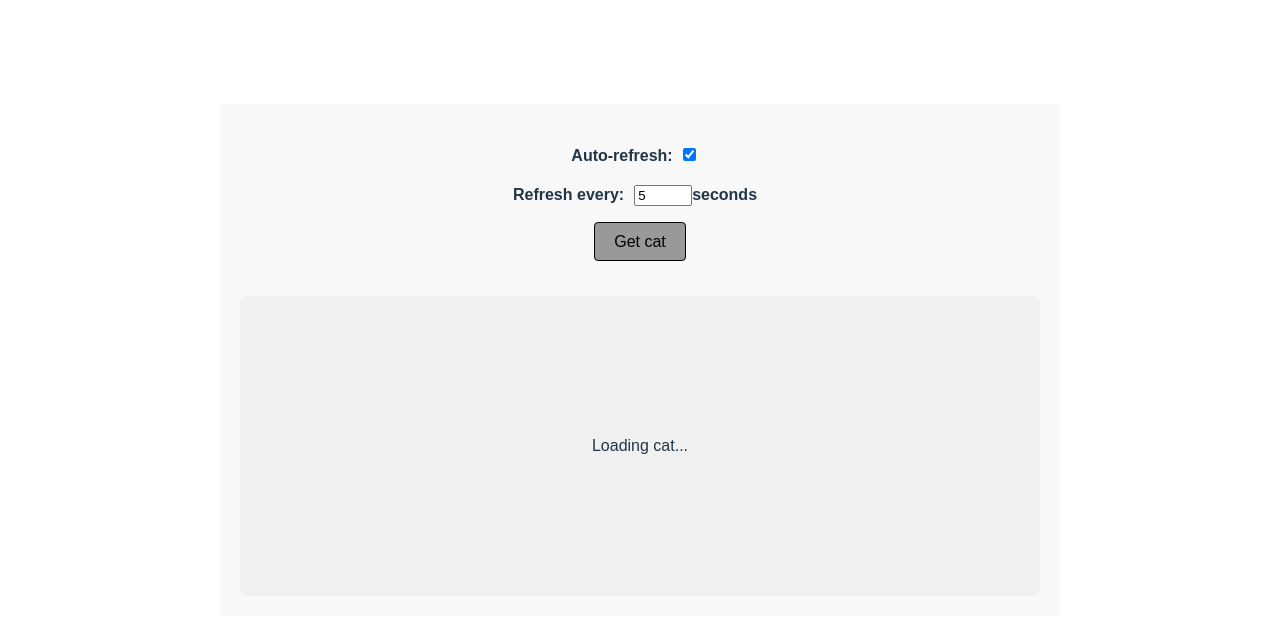
Repository: Pharaoh5/test-assignment5
Page: /
An editor plug-in stored every save of this project. The page is shown before and after the next save, followed by the edit.
The browser window is 1280 px wide. The pictures show the whole page.
The page's requests for data from a server got no answer. The project was rebuilt for these pictures with package versions that can differ from the ones it lists, and the page was loaded fresh each time. No one was signed in, and anything a server would have sent is missing. Also part of the build but not shown: vite.config.ts.

Above is the page before, as saved 2025-04-08 19:26:45.

After the next save:
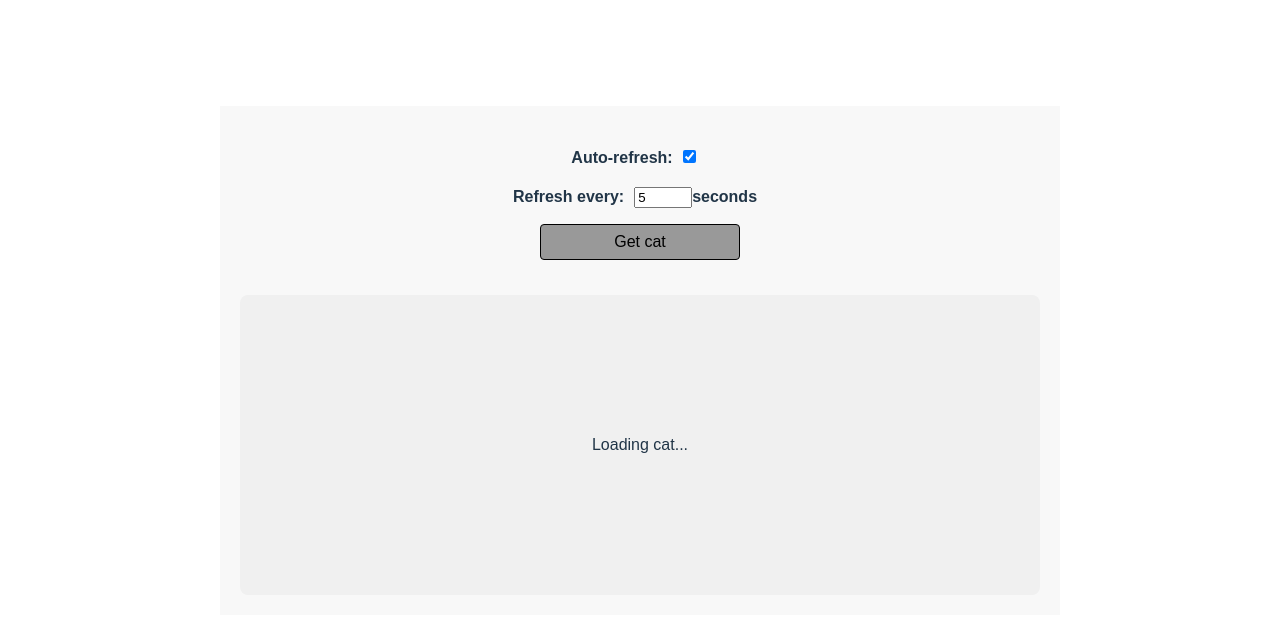
Saved 10 s later.
--- a/src/components/Controls.tsx
+++ b/src/components/Controls.tsx
@@ -15,7 +15,7 @@ const Label = styled.label`
 `;
 
 const Button = styled.button`
-width: 200px
+    width: 200px;
   padding: 8px 16px;
   background-color:rgb(153, 153, 153);
   color: black;
